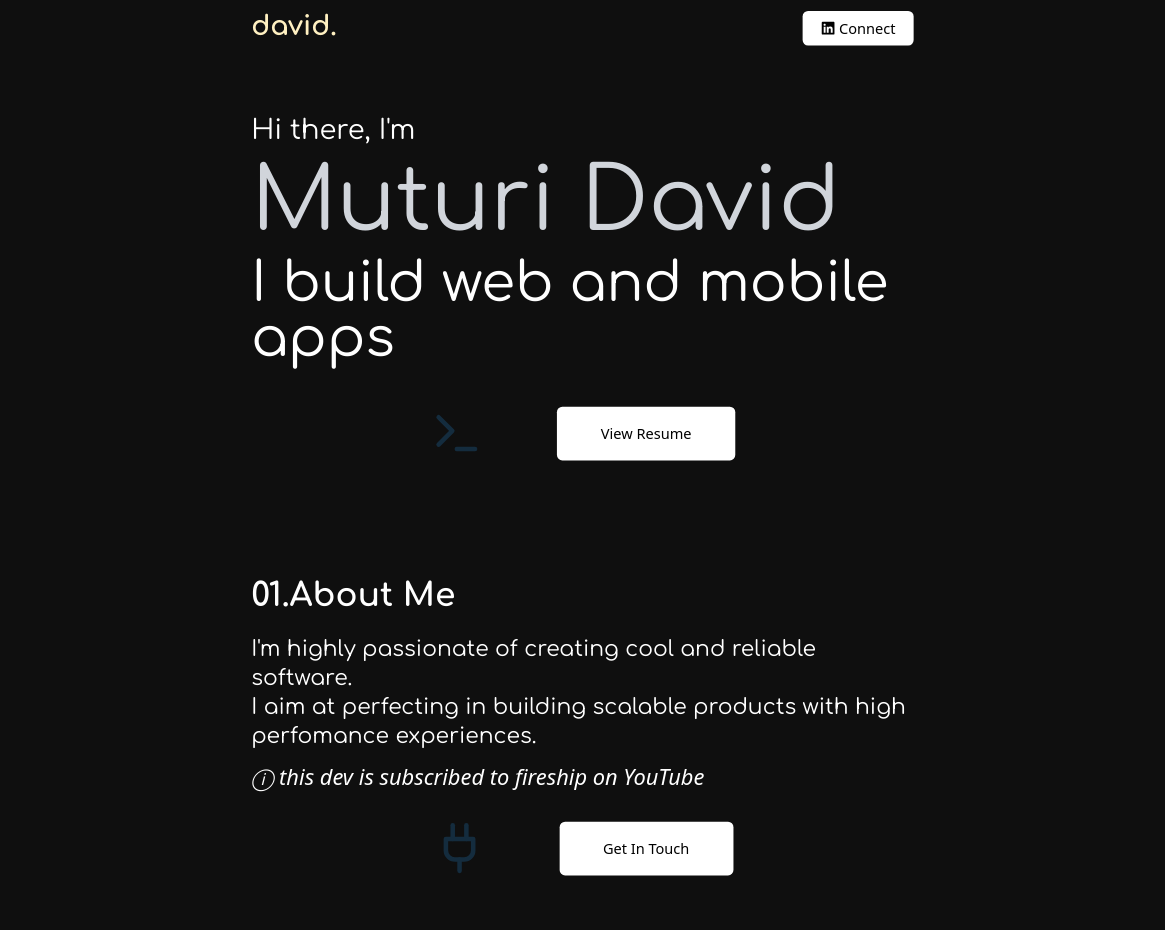
Repository: tushcmd/tushdev-portfolio
Page: /
These files come from the project's save history. The page is drawn as it stood at one moment and after the next save; the edit follows.
The browser window is 1280 px wide. The pictures show the whole page, at 91% of full size.
The project was rebuilt for these pictures with package versions that can differ from the ones it lists, and the page was loaded fresh each time. The framework's server and built-in components were replaced by stand-ins that run in the browser. Also part of the build but not shown: next.config.js.

Above is the page before, as saved 2023-12-15 05:10:53.

### app/layout.tsx
import type { Metadata } from 'next'
import { Inter } from 'next/font/google'
import './globals.css'

const inter = Inter({ subsets: ['latin'] })

export const metadata: Metadata = {
  title: 'Muturi | Software Engineer',
  description: 'This is my Portfolio',

}

export default function RootLayout({
  children,
}: {
  children: React.ReactNode
}) {
  return (
    <html lang="en">
      <head>
        <link rel="icon" href="./public/favicon.ico" />
      </head>
      <body className={`{inter.className} bg-primary w-full overflow-visible`} >{children}</body>
    </html>
  )
}

### app/page.tsx
import Navbar from '@/app/ui/nav';
import Hero from '@/app/ui/hero';
import About from './ui/about';

export default function Page() {
  return (
    <main>
      <Navbar />
      <Hero />
      <About />
    </main>
  );
}

### app/ui/nav.tsx
import Link from 'next/link';
import { comfortaa } from '@/app/ui/fonts';

export default async function Navbar() {
  return (
    <div className='flex justify-center items-center'>
      <div className='flex items-start md:max-w-3xl py-3 w-full md:px-5 px-5 justify-between'>
        <Link
          href='/'
          className={`${comfortaa.className} antialiased font-bold text:2xl md:text-3xl text-logo`}
        >
          david<span>.</span>
        </Link>
        <div className='flex items-center gap-2'>
          <a
            href='https://www.linkedin.com/in/muturi-david-44b505208/'
            target='_blank'
            rel='_noreferrer'
            className='flex items-center gap-1 md:hover:bg-slate-200 rounded-md px-5 bg-white text-black font-medium py-[0.45rem]'
          >
            <svg
              stroke='currentColor'
              fill='currentColor'
              stroke-width='0'
              viewBox='0 0 448 512'
              className='mt-[0.03rem]'
              height='1em'
              width='1em'
              xmlns='http://www.w3.org/2000/svg'
            >
              <path d='M416 32H31.9C14.3 32 0 46.5 0 64.3v383.4C0 465.5 14.3 480 31.9 480H416c17.6 0 32-14.5 32-32.3V64.3c0-17.8-14.4-32.3-32-32.3zM135.4 416H69V202.2h66.5V416zm-33.2-243c-21.3 0-38.5-17.3-38.5-38.5S80.9 96 102.2 96c21.2 0 38.5 17.3 38.5 38.5 0 21.3-17.2 38.5-38.5 38.5zm282.1 243h-66.4V312c0-24.8-.5-56.7-34.5-56.7-34.6 0-39.9 27-39.9 54.9V416h-66.4V202.2h63.7v29.2h.9c8.9-16.8 30.6-34.5 62.9-34.5 67.2 0 79.7 44.3 79.7 101.9V416z'></path>
            </svg>
            Connect
          </a>
        </div>
      </div>
    </div>
  );
}

### app/ui/hero.tsx
import { opensans } from '@/app/ui/fonts';
import { inter } from '@/app/ui/fonts';
import { comfortaa } from '@/app/ui/fonts';
import hero from '@/constants/hero';
import { Terminal } from 'lucide-react';

export default async function Hero() {
  return (
    <section className='relative flex flex-col justify-center items-center md:py-16 py-6 overflow-auto'>
      <div className='flex items-start flex-col md:max-w-3xl pb-6 w-full md:px-5 px-5 justify-between'>
        <p className={`${comfortaa.className} text-3xl text-white pb-3`}>
          Hi there, I&apos;m
        </p>
        <h6
          className={`${comfortaa.className} text-5xl md:text-8xl text-[#D1D5DB] text-bold pb-3`}
        >
          {hero.name}
        </h6>
        <p className={`${comfortaa.className} text-4xl md:text-6xl text-white`}>
          {hero.paragraph}
        </p>
      </div>
      <div className='flex flex-row md:max-w-3xl pt-3 md:pt-5 pb-3 w-full md:px-5 px-5 justify-center space-x-12 md:space-x-20'>
        <svg
          xmlns='http://www.w3.org/2000/svg'
          width='60'
          height='60'
          viewBox='0 0 24 24'
          fill='none'
          stroke='#142c3e'
          stroke-width='2'
          stroke-linecap='round'
          stroke-linejoin='round'
          className='lucide lucide-terminal'
        >
          <polyline points='4 17 10 11 4 5' />
          <line x1='12' x2='20' y1='19' y2='19' />
        </svg>
        <div className='flex items-center gap-2'>
          <a
            href='/'
            target='_blank'
            rel='_noreferrer'
            className='flex items-center gap-1 md:hover:bg-slate-200 rounded-md px-12 bg-white text-black font-medium py-[1.08rem]'
          >
            View Resume
          </a>
        </div>
      </div>
    </section>
  );
}

### app/ui/about.tsx
import Image from 'next/image';
import { comfortaa } from '@/app/ui/fonts';
import about from '@/constants/about';

export default async function About() {
  return (
    <section className='relative flex flex-col justify-center items-center pt-3'>
      <div className='flex items-start flex-col md:max-w-3xl py-10 w-full md:px-5 px-5 justify-between'>
        <h6
          className={`${comfortaa.className} text-white font-bold text-4xl hover:border-0 hover:text-[#142c3e] pb-6`}
        >
          01.About Me
        </h6>
        <p className={`${comfortaa.className} text-white text-2xl`}>
          I&apos;m {about.paragraph} <br />
          {about.paragraph2}
        </p>
        <i className='text-white text-2xl py-3'>ⓘ this dev is subscribed to fireship on YouTube </i>
        <div className='flex flex-row md:max-w-3xl pt-3 md:py-5 py-10 w-full md:px-5 px-5 justify-center space-x-12 md:space-x-20'>
          <svg
            xmlns='http://www.w3.org/2000/svg'
            width='60'
            height='60'
            viewBox='0 0 24 24'
            fill='none'
            stroke='#142c3e'
            stroke-width='2'
            stroke-linecap='round'
            stroke-linejoin='round'
            className='lucide lucide-plug'
          >
            <path d='M12 22v-5' />
            <path d='M9 8V2' />
            <path d='M15 8V2' />
            <path d='M18 8v5a4 4 0 0 1-4 4h-4a4 4 0 0 1-4-4V8Z' />
          </svg>
          <div className='flex items-center gap-2'>
            <a
              href='mailto:muturidavid854@gmail.com'
              target='_blank'
              rel='_noreferrer'
              className='flex items-center gap-1 md:hover:bg-slate-200 rounded-md px-12 bg-white text-black font-medium py-[1.08rem]'
            >
              Get In Touch
            </a>
          </div>
        </div>
      </div>
    </section>
  );
}

### app/ui/fonts.ts
import { Inter, Comfortaa, Open_Sans } from 'next/font/google';

export const inter = Inter({ subsets: ['latin'] });

export const comfortaa = Comfortaa({
  weight: ['400', '700'],
  subsets: ['latin'],
});

export const opensans = Open_Sans({
    weight: ['300', '400', '500', '600', '700', '800'],
    subsets: ['latin']
});

### constants/hero.ts
interface Hero {
    greet: string;
    name: string;
    paragraph: string;
}

const hero: Hero = {
    greet: 'Hi there, I am',
    name: 'Muturi David',
    paragraph: `I build web and mobile
    apps`,
};

export default hero;

### constants/about.ts
interface About {
    paragraph: string;
    paragraph2: string;
}

const about: About = {
    paragraph: ' highly passionate of creating cool and reliable software.',
    paragraph2: 'I aim at perfecting in building scalable products with high perfomance experiences. ',
};

export default about;

### tailwind.config.ts
import type { Config } from 'tailwindcss'

const config: Config = {
  content: [
    './pages/**/*.{js,ts,jsx,tsx,mdx}',
    './components/**/*.{js,ts,jsx,tsx,mdx}',
    './app/**/*.{js,ts,jsx,tsx,mdx}',
  ],
  theme: {
    extend: {
      colors: {
        primary: "#0F0F0F",
        heading: "#FFFFFF",
        logo: "#FFF0C1",
        dimGray: "D1D5DB",
        iconBg: '#9CA3AF',
        iconText: '202020',
      },
      screens: {
        sm: '480px',
        md: '768px',
        lg: '976px',
        xl: '1440px',
      },
    },
  },
  plugins: [],
}
export default config

### app/ui/skills.tsx
import { comfortaa } from './fonts';

export default async function About() {
  return (
    <div>
      <h6
        className={`${comfortaa.className} text-white font-bold text-4xl hover:border-0 hover:text-[#142c3e] pb-6`}
      >
        02.Skills
      </h6>
      <p className={`${comfortaa.className} text-white text-2xl`}>
        Here are a few technologies I&apos;ve been working with recently:
      </p>
     {/*  <div className='flex-auto'>
        <div className='flex items-center gap-2'>
          <div className='flex items-center gap-1 md:hover:bg-slate-200 rounded-md px-5 bg-white text-black font-medium py-[0.45rem]'>
            <svg
              stroke='currentColor'
              fill='currentColor'
              stroke-width='0'
              viewBox='0 0 448 512'
              className='mt-[0.03rem]'
              height='1em'
              width='1em'
              xmlns='http://www.w3.org/2000/svg'
            >
              <path d='M416 32H31.9C14.3 32 0 46.5 0 64.3v383.4C0 465.5 14.3 480 31.9 480H416c17.6 0 32-14.5 32-32.3V64.3c0-17.8-14.4-32.3-32-32.3zM135.4 416H69V202.2h66.5V416zm-33.2-243c-21.3 0-38.5-17.3-38.5-38.5S80.9 96 102.2 96c21.2 0 38.5 17.3 38.5 38.5 0 21.3-17.2 38.5-38.5 38.5zm282.1 243h-66.4V312c0-24.8-.5-56.7-34.5-56.7-34.6 0-39.9 27-39.9 54.9V416h-66.4V202.2h63.7v29.2h.9c8.9-16.8 30.6-34.5 62.9-34.5 67.2 0 79.7 44.3 79.7 101.9V416z'></path>
            </svg>
            HTML5
          </div>
          <div className='flex items-center gap-1 md:hover:bg-slate-200 rounded-md px-5 bg-white text-black font-medium py-[0.45rem]'>
            <svg
              stroke='currentColor'
              fill='currentColor'
              stroke-width='0'
              viewBox='0 0 448 512'
              className='mt-[0.03rem]'
              height='1em'
              width='1em'
              xmlns='http://www.w3.org/2000/svg'
            >
              <path d='M416 32H31.9C14.3 32 0 46.5 0 64.3v383.4C0 465.5 14.3 480 31.9 480H416c17.6 0 32-14.5 32-32.3V64.3c0-17.8-14.4-32.3-32-32.3zM135.4 416H69V202.2h66.5V416zm-33.2-243c-21.3 0-38.5-17.3-38.5-38.5S80.9 96 102.2 96c21.2 0 38.5 17.3 38.5 38.5 0 21.3-17.2 38.5-38.5 38.5zm282.1 243h-66.4V312c0-24.8-.5-56.7-34.5-56.7-34.6 0-39.9 27-39.9 54.9V416h-66.4V202.2h63.7v29.2h.9c8.9-16.8 30.6-34.5 62.9-34.5 67.2 0 79.7 44.3 79.7 101.9V416z'></path>
            </svg>
            HTML5
          </div>
          <div className='flex items-center gap-1 md:hover:bg-slate-200 rounded-md px-5 bg-white text-black font-medium py-[0.45rem]'>
            <svg
              stroke='currentColor'
              fill='currentColor'
              stroke-width='0'
              viewBox='0 0 448 512'
              className='mt-[0.03rem]'
              height='1em'
              width='1em'
              xmlns='http://www.w3.org/2000/svg'
            >
              <path d='M416 32H31.9C14.3 32 0 46.5 0 64.3v383.4C0 465.5 14.3 480 31.9 480H416c17.6 0 32-14.5 32-32.3V64.3c0-17.8-14.4-32.3-32-32.3zM135.4 416H69V202.2h66.5V416zm-33.2-243c-21.3 0-38.5-17.3-38.5-38.5S80.9 96 102.2 96c21.2 0 38.5 17.3 38.5 38.5 0 21.3-17.2 38.5-38.5 38.5zm282.1 243h-66.4V312c0-24.8-.5-56.7-34.5-56.7-34.6 0-39.9 27-39.9 54.9V416h-66.4V202.2h63.7v29.2h.9c8.9-16.8 30.6-34.5 62.9-34.5 67.2 0 79.7 44.3 79.7 101.9V416z'></path>
            </svg>
            HTML5
          </div>
        </div>
      </div> */}
    </div>
  );
}

Loaded but not shown: app/globals.css (common file)

After the next save:
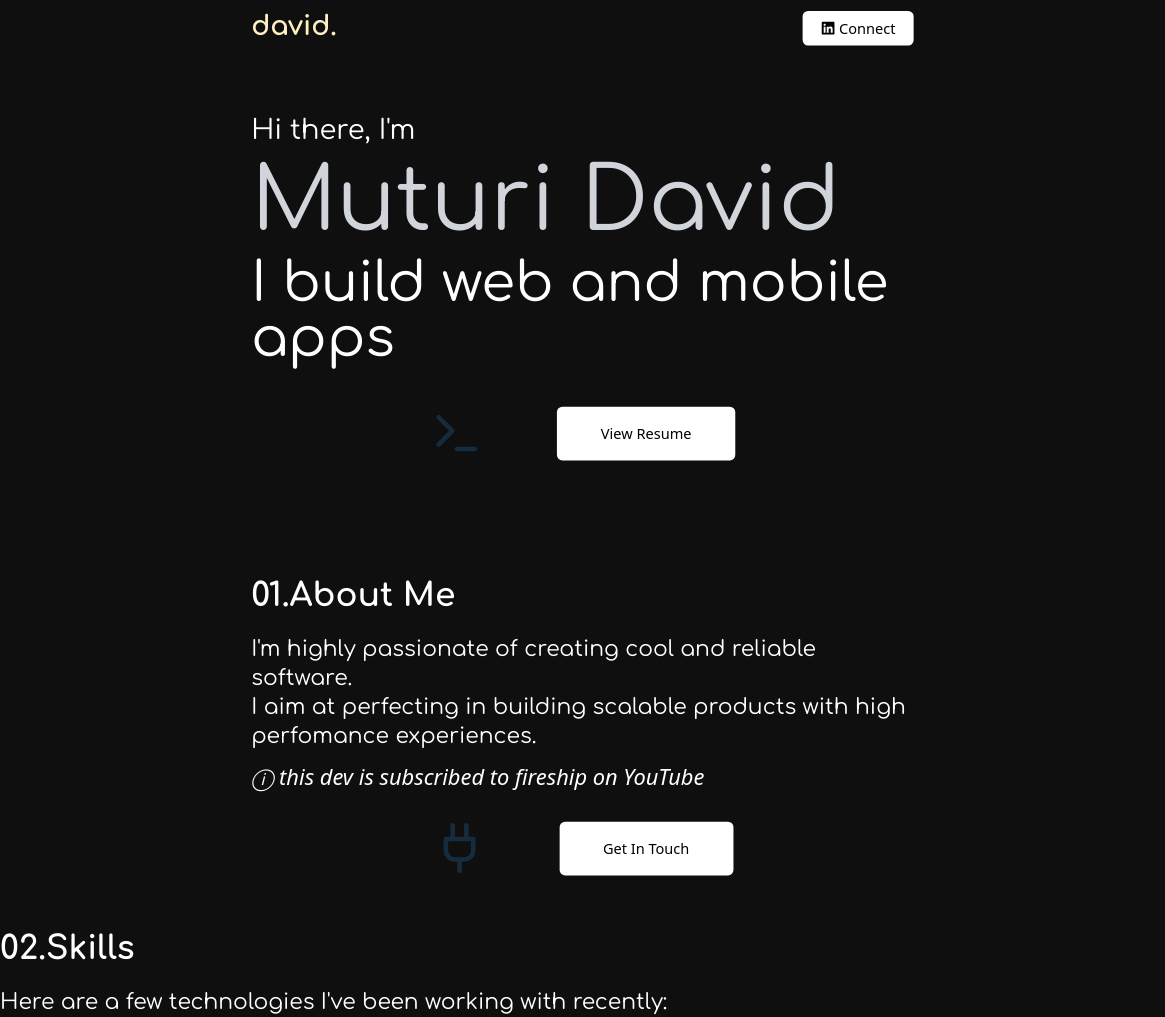
Saved 83 s later.
--- a/app/page.tsx
+++ b/app/page.tsx
@@ -1,6 +1,7 @@
 import Navbar from '@/app/ui/nav';
 import Hero from '@/app/ui/hero';
 import About from './ui/about';
+import Skills from '@/app/ui/skills'
 
 export default function Page() {
   return (
@@ -8,6 +9,7 @@ export default function Page() {
       <Navbar />
       <Hero />
       <About />
+      <Skills />
     </main>
   );
 }
